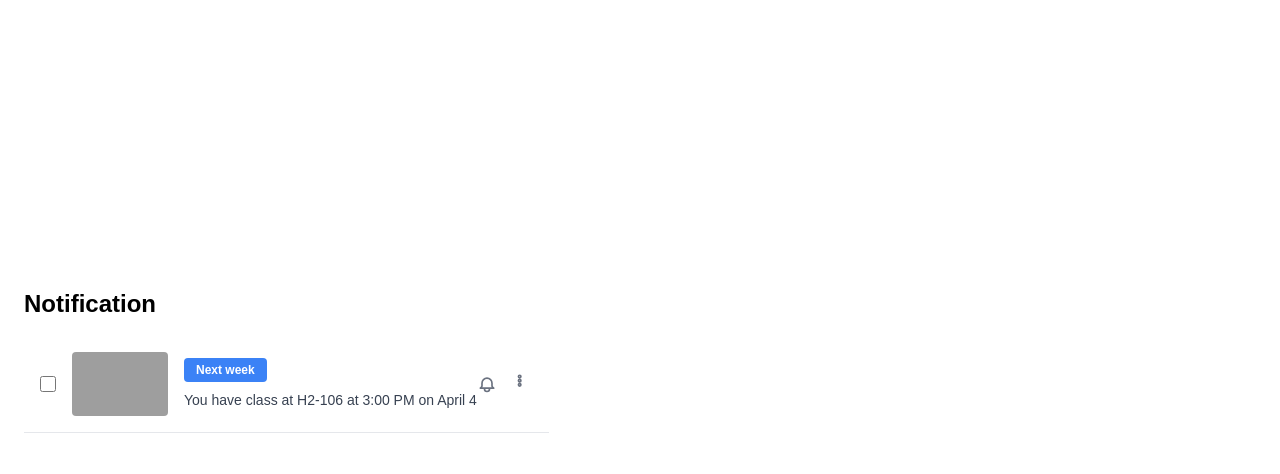
Repository: CNPM-S3MRS/frontend-web
Page: /notification
An editor plug-in stored every save of this project. The page is shown before and after the next save, followed by the edit.
The browser window is 1280 px wide. The pictures show the whole page.
Pictures or frames that could not be fetched are drawn as grey boxes. The project was rebuilt for these pictures with package versions that can differ from the ones it lists, and the page was loaded fresh each time. Also part of the build but not shown: vite.config.js, src/pages/auth/Login.jsx.

Above is the page before, as saved 2025-04-08 23:31:07.

### src/App.jsx
import { BrowserRouter as Router, Routes, Route } from 'react-router-dom';
import Login from '@/pages/auth/Login';
import Notification from './pages/notification/notification';

function App() {
  return (
    <Router>
      <Routes>
        <Route path="/login" element={<Login />} />
        <Route path="/notification" element={<Notification />} /> {/* Add this route */}
        <Route path="/" element={<div>Trang chủ</div>} />
      </Routes>
    </Router>
  );
}

export default App;

### src/index.css
@tailwind base;
@tailwind components;
@tailwind utilities;


:root {
  font-family: system-ui, Avenir, Helvetica, Arial, sans-serif;
  line-height: 1.5;
  font-weight: 400;

  color-scheme: light dark;
  color: rgba(255, 255, 255, 0.87);
  background-color: #242424;

  font-synthesis: none;
  text-rendering: optimizeLegibility;
  -webkit-font-smoothing: antialiased;
  -moz-osx-font-smoothing: grayscale;
}

a {
  font-weight: 500;
  color: #646cff;
  text-decoration: inherit;
}
a:hover {
  color: #535bf2;
}

body {
  margin: 0;
  display: flex;
  place-items: center;
  min-width: 320px;
  min-height: 100vh;
}

h1 {
  font-size: 3.2em;
  line-height: 1.1;
}

button {
  border-radius: 8px;
  border: 1px solid transparent;
  padding: 0.6em 1.2em;
  font-size: 1em;
  font-weight: 500;
  font-family: inherit;
  background-color: #1a1a1a;
  cursor: pointer;
  transition: border-color 0.25s;
}
button:hover {
  border-color: #646cff;
}
button:focus,
button:focus-visible {
  outline: 4px auto -webkit-focus-ring-color;
}
h1 {
  font-size: 1.5rem;
  font-weight: bold;
  margin-bottom: 1rem;
}
body {
  font-family: Arial, sans-serif;
  background-color: #ffffff;
  color: #000000;
}

input[type="checkbox"] {
  width: 1rem;
  height: 1rem;
}

@media (prefers-color-scheme: light) {
  :root {
    color: #213547;
    background-color: #ffffff;
  }
  a:hover {
    color: #747bff;
  }
  button {
    background-color: #f9f9f9;
  }
}

### src/pages/notification/notification.jsx
import React, { useEffect, useState } from "react";
import NotificationCard from "../../components/card/NotificationCard";

const Notification = () => {
  const [notifications, setNotifications] = useState([]);

  useEffect(() => {
    const mockData = [
      {
        id: 1,
        image: "/vite.svg", // Replace with your image URL
        status: "Next week",
        statusColor: "blue",
        message: "You have class at H2-106 at 3:00 PM on April 4",
      },
    ];
    setNotifications(mockData);
  }, []);

  return (
    <div className="p-6">
      <h1 className="text-2xl font-bold mb-4">Notification</h1>
      <div>
        {notifications.map((notification) => (
          <NotificationCard
            key={notification.id}
            image={notification.image}
            status={notification.status}
            statusColor={notification.statusColor}
            message={notification.message}
          />
        ))}
      </div>
    </div>
  );
};

export default Notification;

### src/components/card/NotificationCard.jsx
import React from "react";

const NotificationCard = ({ image, status, statusColor, message }) => {
  return (
    <div className="flex items-center justify-between p-4 border-b">
      {/* Left Section */}
      <div className="flex items-center space-x-4">
        {/* Checkbox */}
        <input type="checkbox" className="w-4 h-4" />

        {/* Image */}
        <img
          src={image}
          alt="Notification"
          className="w-24 h-16 object-cover rounded"
        />

        {/* Content */}
        <div>
          {/* Status Badge */}
          <span
            className={`inline-block px-3 py-1 text-xs font-semibold text-white bg-${statusColor}-500 rounded`}
          >
            {status}
          </span>
          {/* Message */}
          <p className="text-sm text-gray-700 mt-2">{message}</p>
        </div>
      </div>

      {/* Right Section (Icons) */}
      <div className="flex items-center space-x-4">
        {/* Bell Icon */}
        <svg
          xmlns="http://www.w3.org/2000/svg"
          className="h-5 w-5 text-gray-500"
          fill="none"
          viewBox="0 0 24 24"
          stroke="currentColor"
        >
          <path
            strokeLinecap="round"
            strokeLinejoin="round"
            strokeWidth={2}
            d="M15 17h5l-1.405-1.405A2.032 2.032 0 0118 14.158V11a6 6 0 10-12 0v3.159c0 .538-.214 1.055-.595 1.436L4 17h5m6 0v1a3 3 0 11-6 0v-1m6 0H9"
          />
        </svg>

        {/* Three-Dot Icon */}
        <svg
          xmlns="http://www.w3.org/2000/svg"
          className="h-5 w-5 text-gray-500"
          fill="none"
          viewBox="0 0 24 24"
          stroke="currentColor"
        >
          <path
            strokeLinecap="round"
            strokeLinejoin="round"
            strokeWidth={2}
            d="M9.5 13a1.5 1.5 0 1 1-3 0 1.5 1.5 0 0 1 3 0m0-5a1.5 1.5 0 1 1-3 0 1.5 1.5 0 0 1 3 0m0-5a1.5 1.5 0 1 1-3 0 1.5 1.5 0 0 1 3 0"
          />
        </svg>
      </div>
    </div>
  );
};

export default NotificationCard;

### tailwind.config.js
/** @type {import('tailwindcss').Config} */
module.exports = {
  content: ["./src/**/*.{js,jsx,ts,tsx}"], // Include all source files
  theme: {
    extend: {},
  },
  plugins: [],
};

Loaded but not shown: index.html (common file); src/main.jsx (common file)

After the next save:
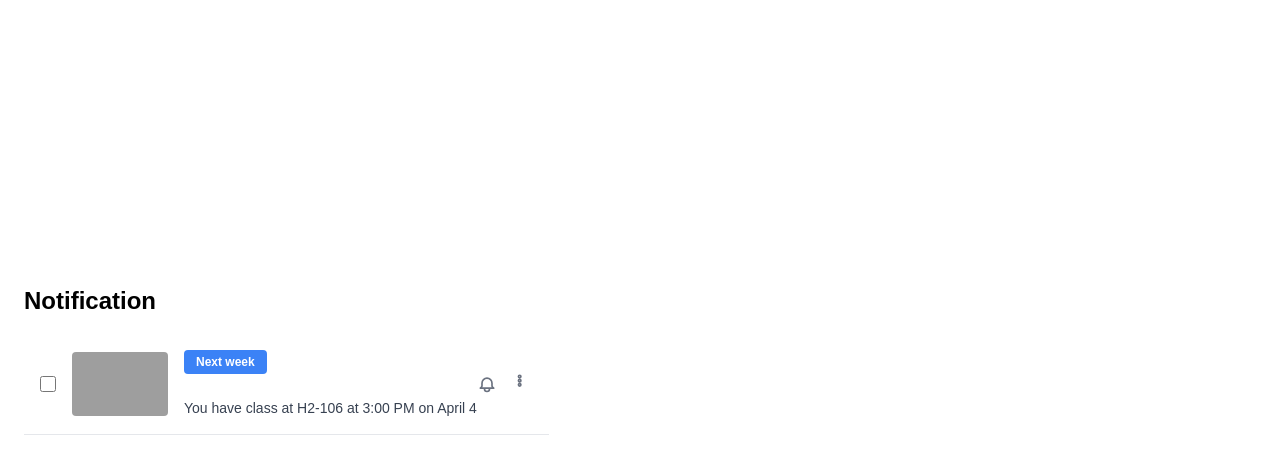
Saved 13 s later.
--- a/src/components/card/NotificationCard.jsx
+++ b/src/components/card/NotificationCard.jsx
@@ -24,7 +24,7 @@
             {status}
           </span>
           {/* Message */}
-          <p className="text-sm text-gray-700 mt-2">{message}</p>
+          <p className="text-sm text-gray-700 mt-6">{message}</p>
         </div>
       </div>
 

After the save that followed:
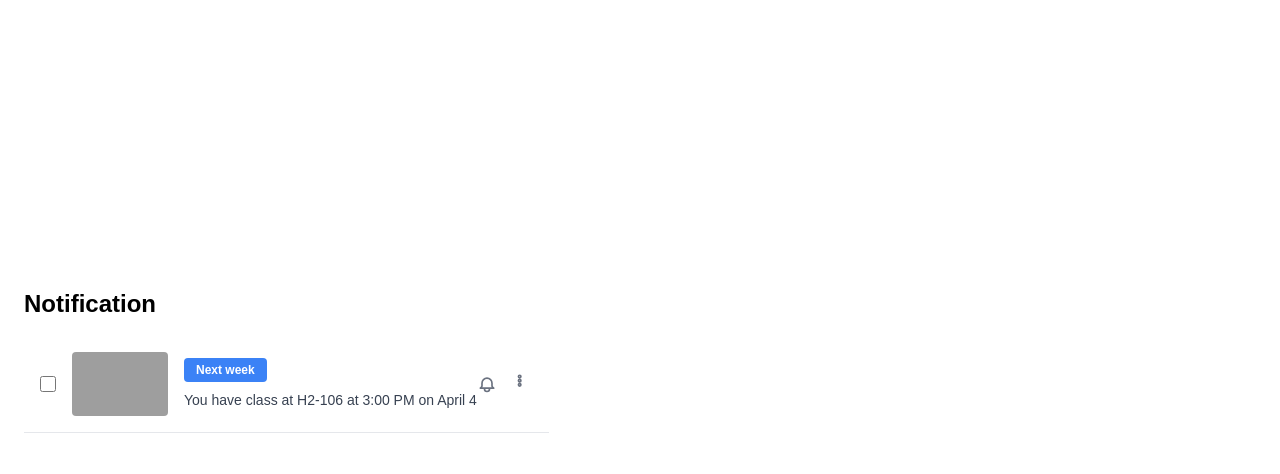
Saved 6 s later.
--- a/src/components/card/NotificationCard.jsx
+++ b/src/components/card/NotificationCard.jsx
@@ -24,7 +24,7 @@
             {status}
           </span>
           {/* Message */}
-          <p className="text-sm text-gray-700 mt-6">{message}</p>
+          <p className="text-sm text-gray-700 mt-2">{message}</p>
         </div>
       </div>
 
